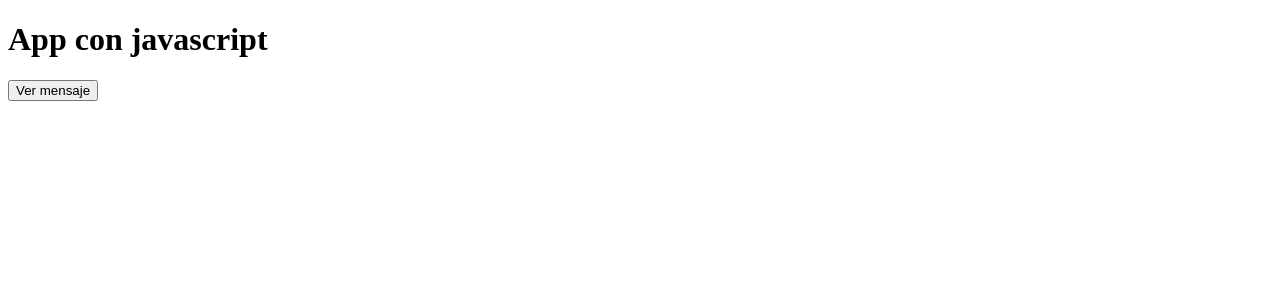
Repository: montsecg/nuclio-javascript-lecture-montse
Page: index.html
An editor plug-in stored every save of this project. The page is shown before and after the next save, followed by the edit.
The browser window is 1280 px wide. The pictures show the whole page.

Above is the page before, as saved 2021-04-15 19:52:37.

### index.html
<!DOCTYPE html>
<html lang="es">
<head> <!--tiene información sobre el documento-->
    <meta charset="UTF-8">
    <meta http-equiv="X-UA-Compatible" content="IE=edge">
    <meta name="viewport" content="width=device-width, initial-scale=1.0">
    <meta name="description" content="The description">
    <link rel="stylesheet" href="./styles.css">
    <script defer src="./index.js"></script><!--carga el documento de JAVASCRIPT-->
    <title>App con javascript</title>
</head>
<body> <!--tiene contenido de la página-->

    <h1 class= "title">App con javascript</h1>
    <button>Ver mensaje</button>

<!-- siempre se escribre después de los elementos que se ven alterados por JAVASECRIPT-->


</body>
</html>

### index.js
const button = document.querySelector("button");
/*console.dir(button);
button.innerText = "Hola!";*/


//*cuando se haga clic en el botón, se imprimirá por consola la frase :button clicked*/
/*button.addEventListener("click", () =>{ /*primer parámeto(click)= el nombre del evento que se quiere escuchar con la función addEventListener
    console.log("button clicked")/*segundo parámetro (@functión) = a la acción que se ha de ejecutar cuando ocurra el evento especificado en el primer parámetro
});*/


//*cuando se haga clic en el botón, se cambiará en el botón el texto:Hola*/
/*button.addEventListener("click", () =>{ primer parámeto(click)= el nombre del evento que se quiere escuchar con la función addEventListener
    button.innerText = "Hola";segundo parámetro (String) = la acción que se ha de ejecutar cuando ocurra el evento especificado en el primer parámetro
});*/

//*cuando se haga click en el botón, se mostratá en el botón la suma de las veces que se clika*/

/*let count = 1;
button.addEventListener("click", () =>{ primer parámeto(click)= el nombre del evento que se quiere escuchar con la función addEventListener
    button.innerText = count;segundo parámetro (contador) = /*la acción que se ha de ejecutar cuando ocurra el evento especificado en el primer parámetro
    count += 1;
    if (count >= 11 ) {
        count = 1;
    }
});*/

//*cuando se haga click en el botón, se cambia el style (CSS) del h1*/
/*const title = document.querySelector("h1");
let count = 1;

button.addEventListener("click", () =>{ primer parámeto(click)= el nombre del evento que se quiere escuchar con la función addEventListener
    button.innerText = count;segundo parámetro (contador) = la acción que se ha de ejecutar cuando ocurra el evento especificado en el primer parámetro
    count += 1;
    if (count >= 6 ) {
        //title.style.textTransform = "uppercase";
 /*en todos los titulos se aplica la classe uppercase cuando se realizan 5 clicks en el botón
        title.classList.add("uppercase");
    }
});*/


//*cuando se haga click en el botón, se cambia el h1 a MAYUSCULAS y a MINUSCULAS*////
const title = document.querySelector("h1");

button.addEventListener("click", () =>{
    title.classList.toggle("uppercase");
});

Loaded but not shown: styles.css (no stored copy; drawn as an empty file)

After the next save:
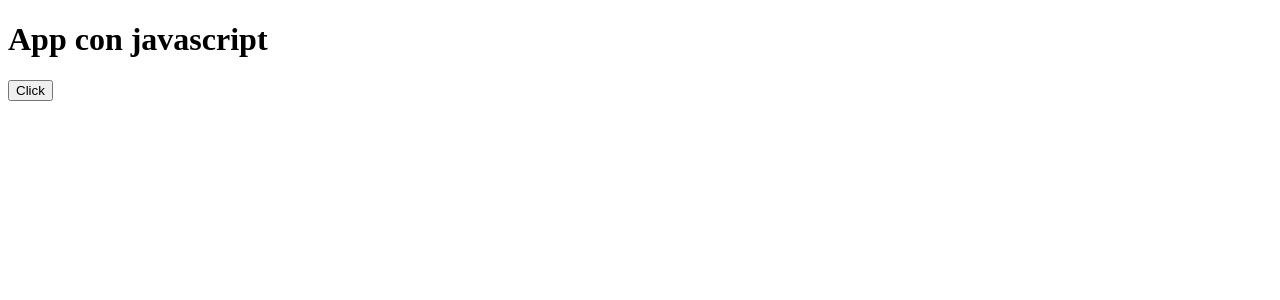
Saved 2 min 37 s later.
--- a/index.html
+++ b/index.html
@@ -12,7 +12,8 @@
 <body> <!--tiene contenido de la página-->
 
     <h1 class= "title">App con javascript</h1>
-    <button>Ver mensaje</button>
+    <button>Click</button>
+
 
 <!-- siempre se escribre después de los elementos que se ven alterados por JAVASECRIPT-->
 
